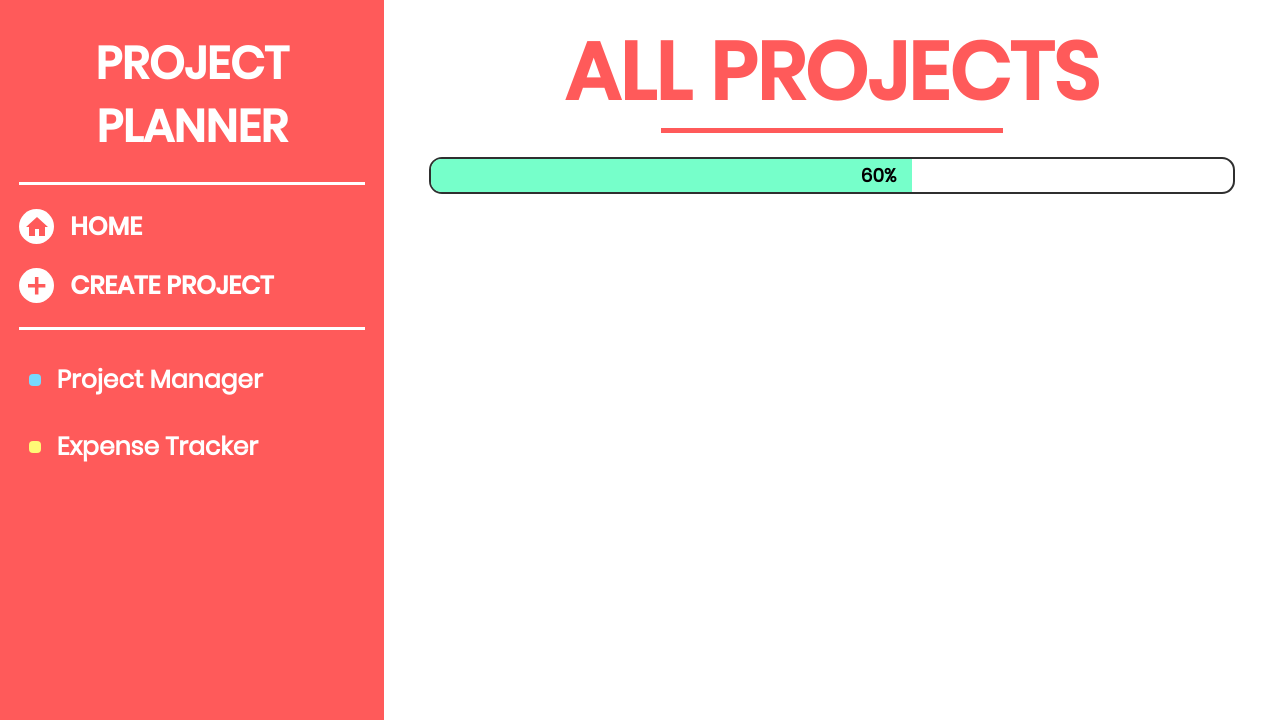
Repository: AzharMoosa/project-manager
Page: /
An editor plug-in stored every save of this project. The page is shown before and after a run of saves, followed by the edit.
The browser window is 1280 px wide. The pictures show the whole page.
The project was rebuilt for these pictures with package versions that can differ from the ones it lists, and the page was loaded fresh each time.

Above is the page before, as saved 2020-06-22 11:00:18.

### public/index.html
<!DOCTYPE html>
<html lang="en">
  <head>
    <meta charset="utf-8" />
    <link rel="icon" href="%PUBLIC_URL%/favicon.ico" />
    <meta name="viewport" content="width=device-width, initial-scale=1" />
    <meta name="theme-color" content="#000000" />
    <meta
      name="description"
      content="Web site created using create-react-app"
    />
    <link rel="apple-touch-icon" href="%PUBLIC_URL%/logo192.png" />

    <link rel="manifest" href="%PUBLIC_URL%/manifest.json" />

    <title>Project Planner</title>
  </head>
  <body>
    <noscript>You need to enable JavaScript to run this app.</noscript>
    <div id="root"></div>
  </body>
</html>

### src/App.js
import React from "react";
import Sidebar from "./components/sidebar/Siebar";
import Home from "./components/home/Home";
import { ProjectProvider } from "./ProjectContext";

import "./App.css";

function App() {
  return (
    <ProjectProvider>
      <div className='container'>
        <Sidebar />
        <Home />
      </div>
    </ProjectProvider>
  );
}

export default App;

### src/components/sidebar/Siebar.js
import React from "react";
import Header from "./Header";
import ProjectList from "../project-list/ProjectList";

const Siebar = () => {
  return (
    <div className='sidebar'>
      <Header />
      <ProjectList />
    </div>
  );
};

export default Siebar;

### src/components/home/Home.js
import React from "react";
import ProgressBar from "./ProgressBar";

const Home = () => {
  return (
    <div className='home'>
      <h1 className='home-title'>ALL PROJECTS</h1>
      <ProgressBar />
    </div>
  );
};

export default Home;

### src/ProjectContext.js
import React, { useState, createContext } from "react";

export const ProjectContext = createContext();

export const ProjectProvider = (props) => {
  const [projects, setProjects] = useState([
    {
      name: "Project Manager",
      overview:
        "A project management application which allows you to plan personal projects and track its progress.  Create detail plans of projects before developing projects.",
      tools: ["HTML", "CSS", "JAVASCRIPT", "REACT"],
      progress: 60,
      tasks: [
        "Create Project Plans",
        "Todo List for Each Project",
        "Track Progress",
        "Priority List",
        "Choose Tools In Each Project",
        "Clean And Simple Design",
        "Use REACT",
      ],
      color: "blue",
      date: "26/06/2020",
      id: 28392,
    },

    {
      name: "Expense Tracker",
      overview:
        "A expense tracker application which allows you to budget and track your savings.  Track what expenses you have",
      tools: ["HTML", "CSS", "JAVASCRIPT", "REACT"],
      progress: 40,
      tasks: [
        "Expenses In And Out",
        "Current Balance",
        "Highest Money Out",
        "Clean And Simple Design",
        "Use REACT",
      ],
      color: "yellow",
      date: "",
      id: 2032,
    },
  ]);

  return (
    <ProjectContext.Provider value={[projects, setProjects]}>
      {props.children}
    </ProjectContext.Provider>
  );
};

### src/App.css
:root {
  --red: #ff5a5a;
  --green: #76ffca;
  --blue: #76daff;
  --yellow: #fffa76;
  --purple: #ab76ff;
}

/* CSS RESET */

* {
  margin: 0;
  padding: 0;
  box-sizing: border-box;
}

/* Fonts */

@font-face {
  font-family: "Poppins-Med";
  src: url("./fonts/Poppins-Medium.ttf");
}

@font-face {
  font-family: "Poppins-Reg";
  src: url("./fonts/Poppins-Regular.ttf");
}

/* Body */

body {
  font-family: "Poppins-Reg";
  line-height: 1.4;
}

/* Utilities */

/* Bullet Points */

.project-side:before,
.blue:before,
.yellow:before,
.green:before,
.purple:before {
  content: " ";
  height: 12px;
  width: 12px;
  margin-right: 1rem;
  border-radius: 4px;
}

.blue:before {
  background-color: var(--blue);
}

.yellow:before {
  background-color: var(--yellow);
}

.green:before {
  background-color: var(--green);
}

.purple:before {
  background-color: var(--purple);
}

/* Container */
.container {
  display: flex;
  overflow: hidden;
}

/* Sidebar */
.sidebar {
  width: 30vw;
  background-color: var(--red);
  height: 100vh;
  color: #fff;
}

.title {
  font-size: 45px;
  font-family: "Poppins-Med";
  text-align: center;
  padding-top: 2rem;
}

.nav-btns::after,
.nav-btns:before {
  content: " ";
  display: block;
  border-bottom: 3px solid #fff;
  width: 100%;
  margin: 1.5rem auto;
}

.nav-btns {
  width: 90%;
  margin: auto;
}

.home-btn,
.create-project-btn {
  display: flex;
  align-items: center;
  margin-top: 1.5rem;
}

.home-btn h3,
.create-project-btn h3 {
  margin-left: 1rem;
  font-family: "Poppins-Med";
  font-size: 25px;
}

.home-btn svg,
.create-project-btn svg {
  cursor: pointer;
}

/* Home */

.home {
  width: 70vw;
  display: flex;
  flex-direction: column;
}

.home-title {
  font-size: 80px;
  font-family: "Poppins-Med";
  color: var(--red);
  text-align: center;
  margin-top: 1rem;
}

.home-title:after {
  content: " ";
  display: block;
  border-bottom: 5px solid var(--red);
  width: 342px;
  margin: 0 auto 1.5rem auto;
}

/* Project Sidebar List */
.project-side {
  width: 85%;
  margin: 2rem auto;
  display: flex;
  align-items: center;
  cursor: pointer;
}

.project-side h3 {
  font-size: 25px;
}

/* Progress Bar */
.progressbar {
  width: 90%;
  background-color: #fff;
  border: 2px solid #2f2f2f;
  border-radius: 13px;
  margin: 0 auto;
}

.progressbar > div {
  background-color: var(--green);
  width: 60%;
  height: 33px;
  border-radius: 10px 0 0 10px;
}

.progressbar > div h3 {
  display: flex;
  justify-content: flex-end;
  line-height: 1.8;
  margin-right: 1rem;
}

### src/components/sidebar/Header.js
import React from "react";

const Header = () => {
  return (
    <div>
      <h1 className='title'>PROJECT PLANNER</h1>
      <div className='nav-btns'>
        <div className='home-btn'>
          <svg
            xmlns='http://www.w3.org/2000/svg'
            width='35'
            height='35'
            viewBox='0 0 35 35'
          >
            <g
              id='Home_Btn'
              data-name='Home Btn'
              transform='translate(-139 -182)'
            >
              <circle
                id='Ellipse_1'
                data-name='Ellipse 1'
                cx='17.5'
                cy='17.5'
                r='17.5'
                transform='translate(139 182)'
                fill='#fff'
              />
              <path
                id='icons8-home'
                d='M12,2.1,1,12H4v9h6V14h4v7h6V12h3Z'
                transform='translate(145 187.9)'
                fill='#ff5a5a'
              />
            </g>
          </svg>
          <h3>HOME</h3>
        </div>

        <div className='create-project-btn'>
          <svg
            xmlns='http://www.w3.org/2000/svg'
            width='35'
            height='35'
            viewBox='0 0 35 35'
          >
            <g id='Group_6' data-name='Group 6' transform='translate(-50 -242)'>
              <circle
                id='Ellipse_2'
                data-name='Ellipse 2'
                cx='17.5'
                cy='17.5'
                r='17.5'
                transform='translate(50 242)'
                fill='#fff'
              />
              <path
                id='icons8-plus'
                d='M8.922,2V8.922H2v1.538H8.922v6.922h1.538V10.461h6.922V8.922H10.461V2Z'
                transform='translate(58 250)'
                fill='#ff5a5a'
                stroke='#ff5a5a'
                strokeWidth='2'
                fillRule='evenodd'
              />
            </g>
          </svg>
          <h3>CREATE PROJECT</h3>
        </div>
      </div>
    </div>
  );
};

export default Header;

### src/components/project-list/ProjectList.js
import React, { useContext } from "react";
import { ProjectContext } from "../../ProjectContext";
import ProjectSide from "./ProjectSide";

const ProjectList = () => {
  // eslint-disable-next-line
  const [projects, setProjects] = useContext(ProjectContext);

  return (
    <div>
      {projects.map((project) => (
        <ProjectSide
          name={project.name}
          color={project.color}
          key={project.id}
        />
      ))}
    </div>
  );
};

export default ProjectList;

### src/components/home/ProgressBar.js
import React from "react";

const ProgressBar = () => {
  return (
    <div className='progressbar'>
      <div>
        <h3>60%</h3>
      </div>
    </div>
  );
};

export default ProgressBar;

### src/components/project-list/ProjectSide.js
import React from "react";

const Project = ({ name, color }) => {
  return (
    <div className={`project-side ${color}`}>
      <h3>{name}</h3>
    </div>
  );
};

export default Project;

### src/components/home/ProgectProgress.js
import React from "react";

const ProgectProgress = () => {
  return <div></div>;
};

export default ProgectProgress;

Loaded but not shown: src/index.js (common file)

After the next 2 saves:
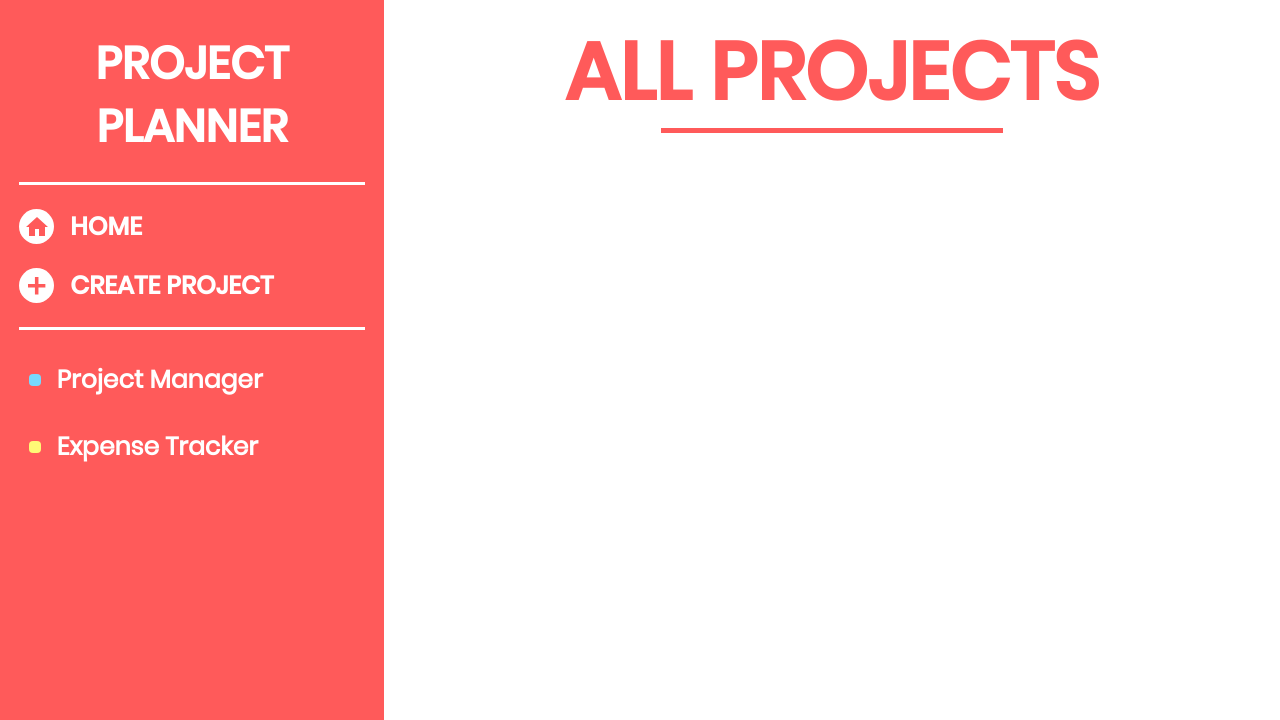
The 2 saves are shown as one change because 1 did not build or start.
The last was saved 34 s later.
--- a/src/components/home/Home.js
+++ b/src/components/home/Home.js
@@ -1,11 +1,12 @@
 import React from "react";
-import ProgressBar from "./ProgressBar";
+import ProjectProgress from "./ProgectProgress";
+import ProgectProgress from "./ProgectProgress";
 
 const Home = () => {
   return (
     <div className='home'>
       <h1 className='home-title'>ALL PROJECTS</h1>
-      <ProgressBar />
+      <ProgectProgress />
     </div>
   );
 };

After the 4 saves that followed:
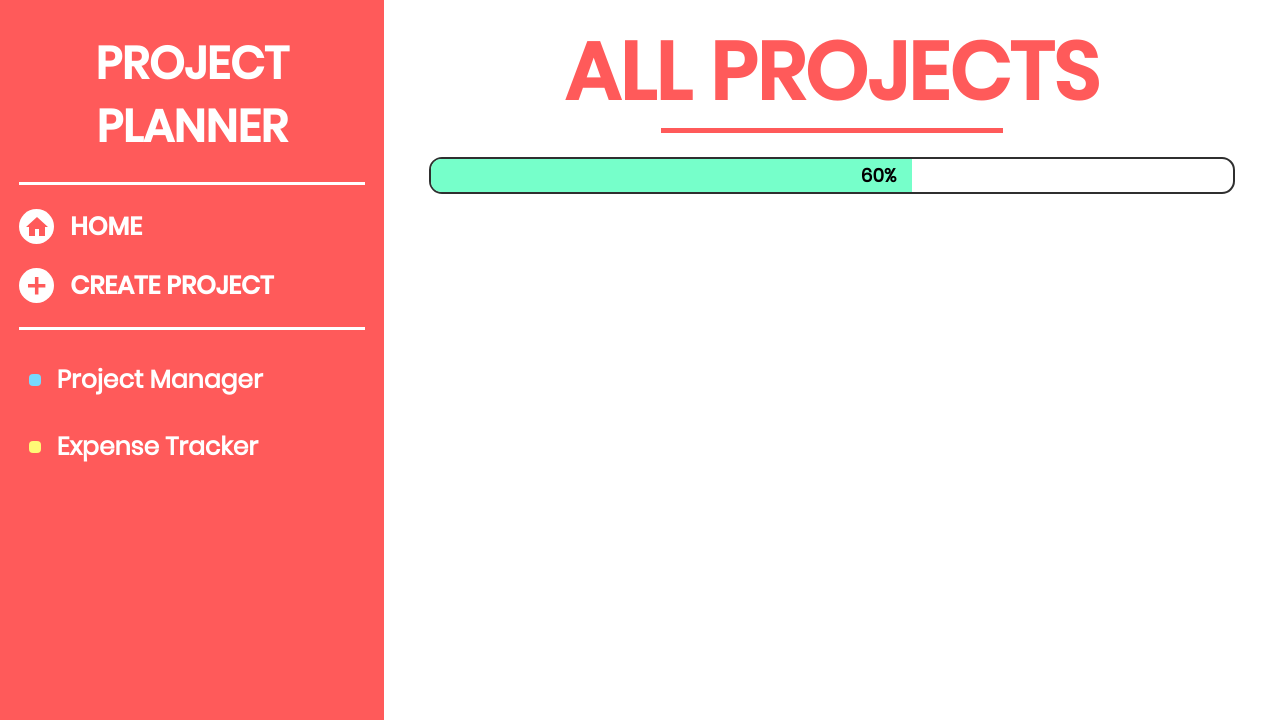
The 4 saves are shown as one change because 1 did not build or start and 1 left the picture as it was and some came seconds apart.
The last was saved 29 s later.
--- a/src/components/home/Home.js
+++ b/src/components/home/Home.js
@@ -1,5 +1,4 @@
 import React from "react";
-import ProjectProgress from "./ProgectProgress";
 import ProgectProgress from "./ProgectProgress";
 
 const Home = () => {
--- a/src/components/home/ProgectProgress.js
+++ b/src/components/home/ProgectProgress.js
@@ -1,7 +1,12 @@
 import React from "react";
+import ProgressBar from "./ProgressBar";
 
 const ProgectProgress = () => {
-  return <div></div>;
+  return (
+    <div>
+      <ProgressBar />
+    </div>
+  );
 };
 
 export default ProgectProgress;
